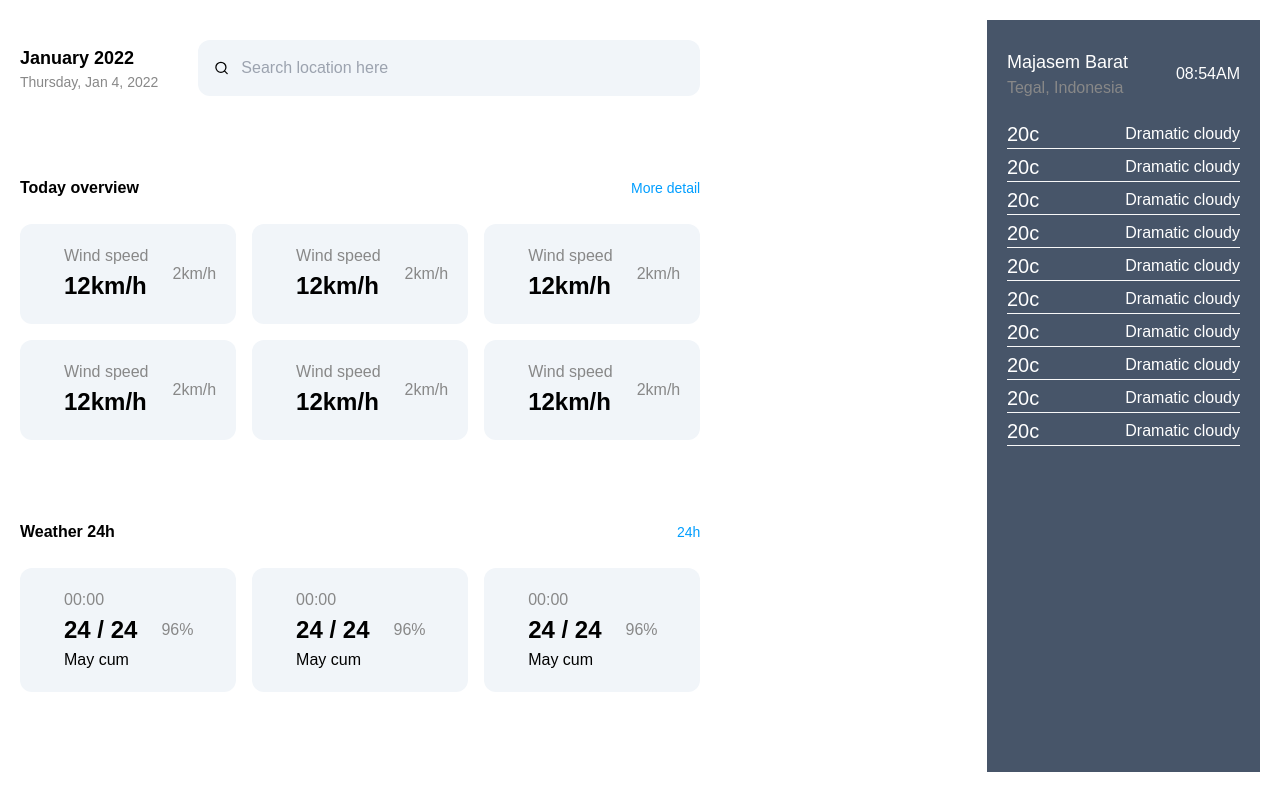
Repository: theweirdboiz/datawarehouse-ui
Page: /
These files come from the project's save history. The page is drawn as it stood at one moment and after the next save; the edit follows.
The browser window is 1280 px wide. The pictures show the whole page.
The project was rebuilt for these pictures with package versions that can differ from the ones it lists, and the page was loaded fresh each time. Also part of the build but not shown: vite.config.js.

Above is the page before, as saved 2022-11-23 19:33:54.

### index.html
<!DOCTYPE html>
<html lang="en">
  <head>
    <meta charset="UTF-8" />
    <link rel="icon" type="image/svg+xml" href="/vite.svg" />
    <meta name="viewport" content="width=device-width, initial-scale=1.0" />
    <title>Weather - Datawarehouse</title>
  </head>
  <body>
    <div id="root"></div>
    <script type="module" src="/src/main.jsx"></script>
  </body>
</html>

### src/App.jsx
import { useState } from "react";
import { FiSearch } from "react-icons/fi";

function App() {
  const date = "font-[900] text-lg";
  const detailDate = "text-sm text-[#888]";

  const contentTop = "mt-[20px] flex items-center gap-x-10 mb-20";
  const contentSearch =
    "content__search p-4 flex items-center gap-x-3 flex-1 rounded-xl bg-slate-100";

  return (
    <div className="p-5 mx-auto max-w-7xl">
      <div className="flex justify-between">
        <section className="content max-w-3xl">
          <div className={contentTop}>
            <div className="flex-col">
              <h3 className={date}>January 2022</h3>
              <div className={detailDate}>Thursday, Jan 4, 2022</div>
            </div>
            <div className={contentSearch}>
              <FiSearch />
              <input
                className="w-full bg-transparent"
                type="text"
                placeholder="Search location here"
              />
            </div>
          </div>
          <div className="content__detail mb-20">
            <div className="flex items-center justify-between">
              <h4 className="font-semibold">Today overview</h4>
              <div className="">
                <button className="text-sm font-medium text-[#009EFF]">
                  More detail
                </button>
              </div>
            </div>
            <div>
              <div className="content__detail-box grid grid-cols-3 gap-4 mt-6">
                <div className="content__detail-item p-5 flex items-center gap-x-6 bg-slate-100 rounded-xl">
                  <i></i>
                  <div className="speed flex flex-col">
                    <h4 className="text-[#888]">Wind speed</h4>
                    <span className="text-[24px] font-semibold">12km/h</span>
                  </div>
                  <span className="text-[#888]">2km/h</span>
                </div>
                <div className="content__detail-item p-5 flex items-center gap-x-6 bg-slate-100 rounded-xl">
                  <i></i>
                  <div className="speed flex flex-col">
                    <h4 className="text-[#888]">Wind speed</h4>
                    <span className="text-[24px] font-semibold">12km/h</span>
                  </div>
                  <span className="text-[#888]">2km/h</span>
                </div>
                <div className="content__detail-item p-5 flex items-center gap-x-6 bg-slate-100 rounded-xl">
                  <i></i>
                  <div className="speed flex flex-col">
                    <h4 className="text-[#888]">Wind speed</h4>
                    <span className="text-[24px] font-semibold">12km/h</span>
                  </div>
                  <span className="text-[#888]">2km/h</span>
                </div>
                <div className="content__detail-item p-5 flex items-center gap-x-6 bg-slate-100 rounded-xl">
                  <i></i>
                  <div className="speed flex flex-col">
                    <h4 className="text-[#888]">Wind speed</h4>
                    <span className="text-[24px] font-semibold">12km/h</span>
                  </div>
                  <span className="text-[#888]">2km/h</span>
                </div>
                <div className="content__detail-item p-5 flex items-center gap-x-6 bg-slate-100 rounded-xl">
                  <i></i>
                  <div className="speed flex flex-col">
                    <h4 className="text-[#888]">Wind speed</h4>
                    <span className="text-[24px] font-semibold">12km/h</span>
                  </div>
                  <span className="text-[#888]">2km/h</span>
                </div>
                <div className="content__detail-item p-5 flex items-center gap-x-6 bg-slate-100 rounded-xl">
                  <i></i>
                  <div className="speed flex flex-col">
                    <h4 className="text-[#888]">Wind speed</h4>
                    <span className="text-[24px] font-semibold">12km/h</span>
                  </div>
                  <span className="text-[#888]">2km/h</span>
                </div>
              </div>
            </div>
          </div>
          <div className="content__detail mb-20">
            <div className="flex items-center justify-between">
              <h4 className="font-semibold">Weather 24h</h4>
              <div className="">
                <button className="text-sm font-medium text-[#009EFF]">
                  24h
                </button>
              </div>
            </div>
            <div>
              <div className="content__detail-box grid grid-cols-3 gap-4 mt-6">
                <div className="content__detail-item p-5 flex items-center gap-x-6 bg-slate-100 rounded-xl">
                  <i></i>
                  <div className="speed flex flex-col">
                    <h4 className="text-[#888]">00:00</h4>
                    <span className="text-[24px] font-semibold">24 / 24</span>
                    <span>May cum</span>
                  </div>
                  <span className="text-[#888]">96%</span>
                </div>
                <div className="content__detail-item p-5 flex items-center gap-x-6 bg-slate-100 rounded-xl">
                  <i></i>
                  <div className="speed flex flex-col">
                    <h4 className="text-[#888]">00:00</h4>
                    <span className="text-[24px] font-semibold">24 / 24</span>
                    <span>May cum</span>
                  </div>
                  <span className="text-[#888]">96%</span>
                </div>
                <div className="content__detail-item p-5 flex items-center gap-x-6 bg-slate-100 rounded-xl">
                  <i></i>
                  <div className="speed flex flex-col">
                    <h4 className="text-[#888]">00:00</h4>
                    <span className="text-[24px] font-semibold">24 / 24</span>
                    <span>May cum</span>
                  </div>
                  <span className="text-[#888]">96%</span>
                </div>
              </div>
            </div>
          </div>
        </section>
        <section className="content__right text-white">
          <div className="bg-slate-600 p-5 h-full">
            <div className="flex items-center gap-x-12 justify-between mt-2 mb-5 ">
              <div className="flex flex-col">
                <h3 className="text-lg">Majasem Barat</h3>
                <span className="text-[#888]">Tegal, Indonesia</span>
              </div>
              <h4>08:54AM</h4>
            </div>
            <div className="mt-1 flex justify-between items-center border-b-[1px] border-[#f8f8f8]">
              <div className="">
                <h2 className="text-xl">20c</h2>
              </div>
              <h3>Dramatic cloudy</h3>
            </div>
            <div className="mt-1 flex justify-between items-center border-b-[1px] border-[#f8f8f8]">
              <div className="">
                <h2 className="text-xl">20c</h2>
              </div>
              <h3>Dramatic cloudy</h3>
            </div>
            <div className="mt-1 flex justify-between items-center border-b-[1px] border-[#f8f8f8]">
              <div className="">
                <h2 className="text-xl">20c</h2>
              </div>
              <h3>Dramatic cloudy</h3>
            </div>
            <div className="mt-1 flex justify-between items-center border-b-[1px] border-[#f8f8f8]">
              <div className="">
                <h2 className="text-xl">20c</h2>
              </div>
              <h3>Dramatic cloudy</h3>
            </div>
            <div className="mt-1 flex justify-between items-center border-b-[1px] border-[#f8f8f8]">
              <div className="">
                <h2 className="text-xl">20c</h2>
              </div>
              <h3>Dramatic cloudy</h3>
            </div>
            <div className="mt-1 flex justify-between items-center border-b-[1px] border-[#f8f8f8]">
              <div className="">
                <h2 className="text-xl">20c</h2>
              </div>
              <h3>Dramatic cloudy</h3>
            </div>
            <div className="mt-1 flex justify-between items-center border-b-[1px] border-[#f8f8f8]">
              <div className="">
                <h2 className="text-xl">20c</h2>
              </div>
              <h3>Dramatic cloudy</h3>
            </div>
            <div className="mt-1 flex justify-between items-center border-b-[1px] border-[#f8f8f8]">
              <div className="">
                <h2 className="text-xl">20c</h2>
              </div>
              <h3>Dramatic cloudy</h3>
            </div>
            <div className="mt-1 flex justify-between items-center border-b-[1px] border-[#f8f8f8]">
              <div className="">
                <h2 className="text-xl">20c</h2>
              </div>
              <h3>Dramatic cloudy</h3>
            </div>
            <div className="mt-1 flex justify-between items-center border-b-[1px] border-[#f8f8f8]">
              <div className="">
                <h2 className="text-xl">20c</h2>
              </div>
              <h3>Dramatic cloudy</h3>
            </div>
          </div>
        </section>
      </div>
    </div>
  );
}

export default App;

### src/index.scss
@tailwind base;
@tailwind components;
@tailwind utilities;

@layer base {
  @import url("https://fonts.googleapis.com/css2?family=Poppins:wght@300;500;600;900&display=swap");

  *,
  *::before,
  *::after {
    box-sizing: border-box;
  }
  * {
    margin: 0;
    padding: 0;
  }
  body {
    line-height: 1.5;
    font-family: "Poppins", sans-serif;
  }
  img,
  picture,
  video,
  canvas,
  svg {
    display: block;
    max-width: 100%;
  }
  input,
  button,
  textarea,
  select {
    outline: none;
  }
  p,
  h1,
  h2,
  h3,
  h4,
  h5,
  h6 {
    overflow-wrap: break-word;
  }
}

Loaded but not shown: src/main.jsx (common file); tailwind.config.cjs (common file)

After the next save:
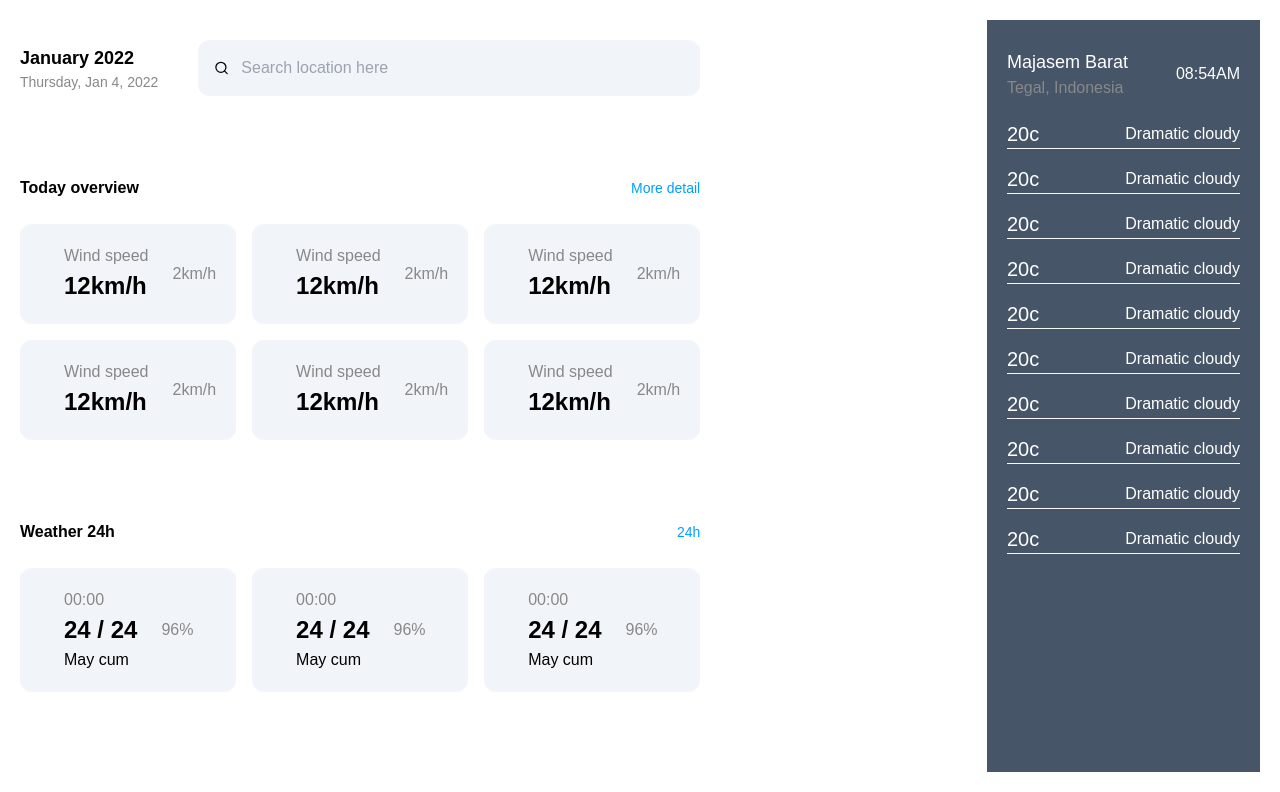
Saved 48 s later.
--- a/src/App.jsx
+++ b/src/App.jsx
@@ -140,61 +140,61 @@ function App() {
               </div>
               <h4>08:54AM</h4>
             </div>
-            <div className="mt-1 flex justify-between items-center border-b-[1px] border-[#f8f8f8]">
-              <div className="">
-                <h2 className="text-xl">20c</h2>
-              </div>
-              <h3>Dramatic cloudy</h3>
-            </div>
-            <div className="mt-1 flex justify-between items-center border-b-[1px] border-[#f8f8f8]">
-              <div className="">
-                <h2 className="text-xl">20c</h2>
-              </div>
-              <h3>Dramatic cloudy</h3>
-            </div>
-            <div className="mt-1 flex justify-between items-center border-b-[1px] border-[#f8f8f8]">
-              <div className="">
-                <h2 className="text-xl">20c</h2>
-              </div>
-              <h3>Dramatic cloudy</h3>
-            </div>
-            <div className="mt-1 flex justify-between items-center border-b-[1px] border-[#f8f8f8]">
-              <div className="">
-                <h2 className="text-xl">20c</h2>
-              </div>
-              <h3>Dramatic cloudy</h3>
-            </div>
-            <div className="mt-1 flex justify-between items-center border-b-[1px] border-[#f8f8f8]">
-              <div className="">
-                <h2 className="text-xl">20c</h2>
-              </div>
-              <h3>Dramatic cloudy</h3>
-            </div>
-            <div className="mt-1 flex justify-between items-center border-b-[1px] border-[#f8f8f8]">
-              <div className="">
-                <h2 className="text-xl">20c</h2>
-              </div>
-              <h3>Dramatic cloudy</h3>
-            </div>
-            <div className="mt-1 flex justify-between items-center border-b-[1px] border-[#f8f8f8]">
-              <div className="">
-                <h2 className="text-xl">20c</h2>
-              </div>
-              <h3>Dramatic cloudy</h3>
-            </div>
-            <div className="mt-1 flex justify-between items-center border-b-[1px] border-[#f8f8f8]">
-              <div className="">
-                <h2 className="text-xl">20c</h2>
-              </div>
-              <h3>Dramatic cloudy</h3>
-            </div>
-            <div className="mt-1 flex justify-between items-center border-b-[1px] border-[#f8f8f8]">
-              <div className="">
-                <h2 className="text-xl">20c</h2>
-              </div>
-              <h3>Dramatic cloudy</h3>
-            </div>
-            <div className="mt-1 flex justify-between items-center border-b-[1px] border-[#f8f8f8]">
+            <div className="mt-1 mb-4 flex justify-between items-center border-b-[1px] border-[#f8f8f8]">
+              <div className="">
+                <h2 className="text-xl">20c</h2>
+              </div>
+              <h3>Dramatic cloudy</h3>
+            </div>
+            <div className="mt-1 mb-4 flex justify-between items-center border-b-[1px] border-[#f8f8f8]">
+              <div className="">
+                <h2 className="text-xl">20c</h2>
+              </div>
+              <h3>Dramatic cloudy</h3>
+            </div>
+            <div className="mt-1 mb-4 flex justify-between items-center border-b-[1px] border-[#f8f8f8]">
+              <div className="">
+                <h2 className="text-xl">20c</h2>
+              </div>
+              <h3>Dramatic cloudy</h3>
+            </div>
+            <div className="mt-1 mb-4 flex justify-between items-center border-b-[1px] border-[#f8f8f8]">
+              <div className="">
+                <h2 className="text-xl">20c</h2>
+              </div>
+              <h3>Dramatic cloudy</h3>
+            </div>
+            <div className="mt-1 mb-4 flex justify-between items-center border-b-[1px] border-[#f8f8f8]">
+              <div className="">
+                <h2 className="text-xl">20c</h2>
+              </div>
+              <h3>Dramatic cloudy</h3>
+            </div>
+            <div className="mt-1 mb-4 flex justify-between items-center border-b-[1px] border-[#f8f8f8]">
+              <div className="">
+                <h2 className="text-xl">20c</h2>
+              </div>
+              <h3>Dramatic cloudy</h3>
+            </div>
+            <div className="mt-1 mb-4 flex justify-between items-center border-b-[1px] border-[#f8f8f8]">
+              <div className="">
+                <h2 className="text-xl">20c</h2>
+              </div>
+              <h3>Dramatic cloudy</h3>
+            </div>
+            <div className="mt-1 mb-4 flex justify-between items-center border-b-[1px] border-[#f8f8f8]">
+              <div className="">
+                <h2 className="text-xl">20c</h2>
+              </div>
+              <h3>Dramatic cloudy</h3>
+            </div>
+            <div className="mt-1 mb-4 flex justify-between items-center border-b-[1px] border-[#f8f8f8]">
+              <div className="">
+                <h2 className="text-xl">20c</h2>
+              </div>
+              <h3>Dramatic cloudy</h3>
+            </div>
+            <div className="mt-1 mb-4 flex justify-between items-center border-b-[1px] border-[#f8f8f8]">
               <div className="">
                 <h2 className="text-xl">20c</h2>
               </div>
